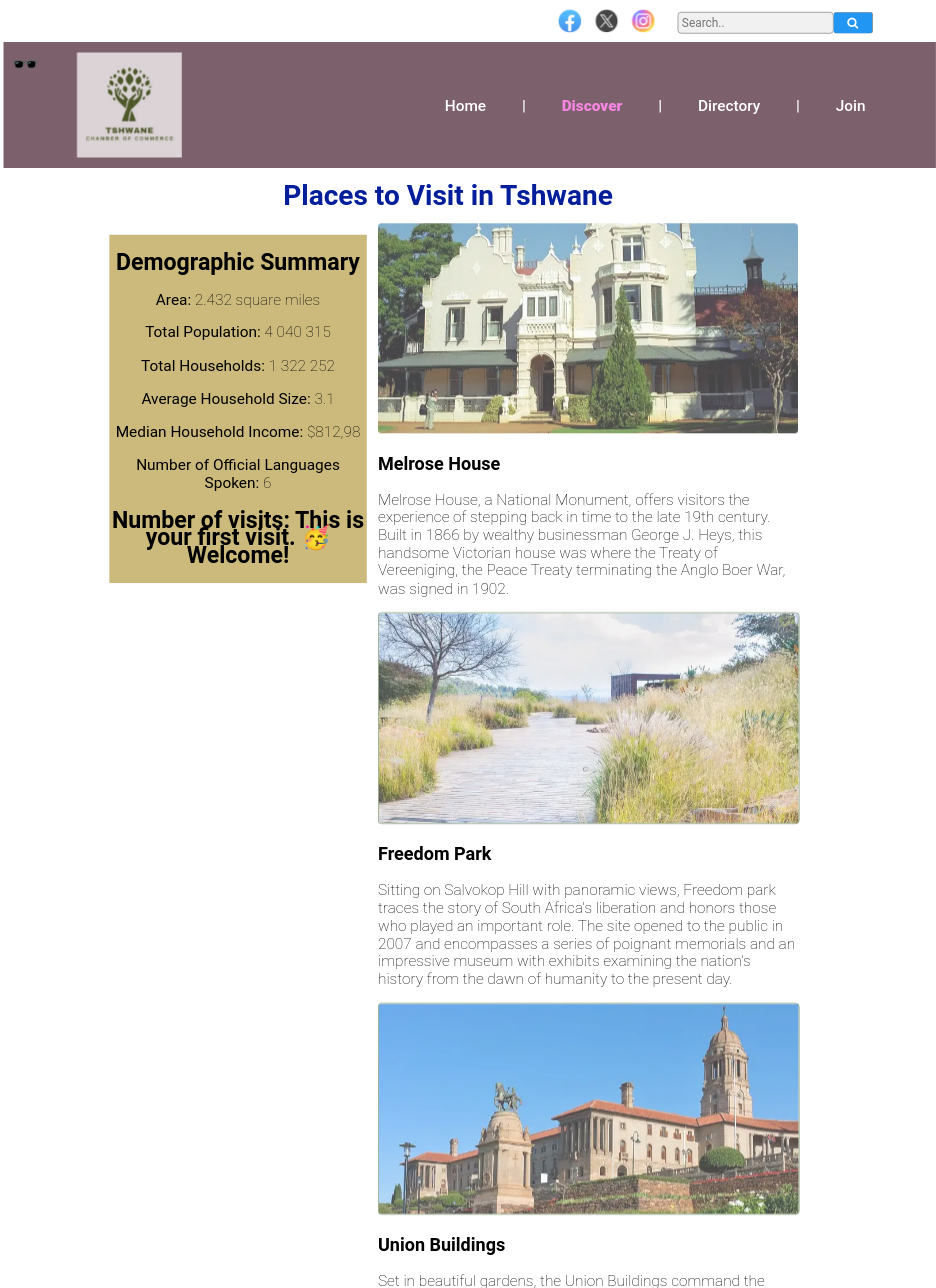
Repository: mszakutumela/wdd230
Page: chamber/discover.html
The author's editor kept a copy of each file at every save. The page is drawn from the files as they stood at one save, then again after a run of saves.
The browser window is 1280 px wide. The page is 1337 px wide, so the pictures cover 1337 px, including what lies to the right of the window. The pictures show the part of the page from y = 0 to 1840 px (the page is 4173 px tall), at 70% of full size.
The pointer rests on the first visible `section.discoverIMG img`.
Some web fonts or font styles are not loaded; a fallback is used.

Above is the page before, as saved 2024-02-23 01:22:26.

After the next 2 saves:
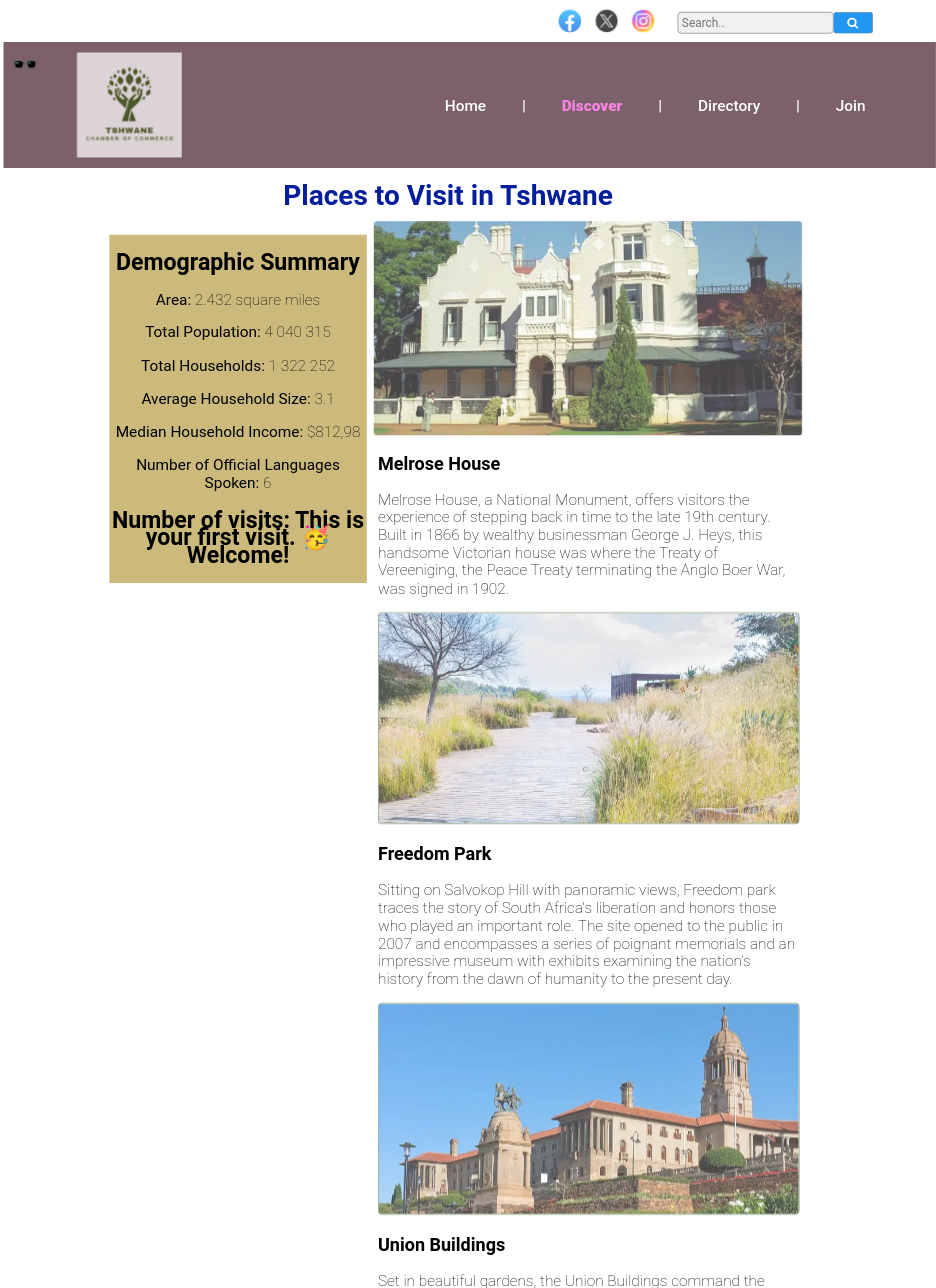
The 2 saves are shown as one change because they came seconds apart.
The last was saved 9 s later.
--- a/chamber/styles/larger.css
+++ b/chamber/styles/larger.css
@@ -153,7 +153,8 @@
 
     section.discoverIMG img:hover {
         border: none;
-        transform: scale;
+        transform: scale(1.02);
+
     }
 
     footer .footer-info {
